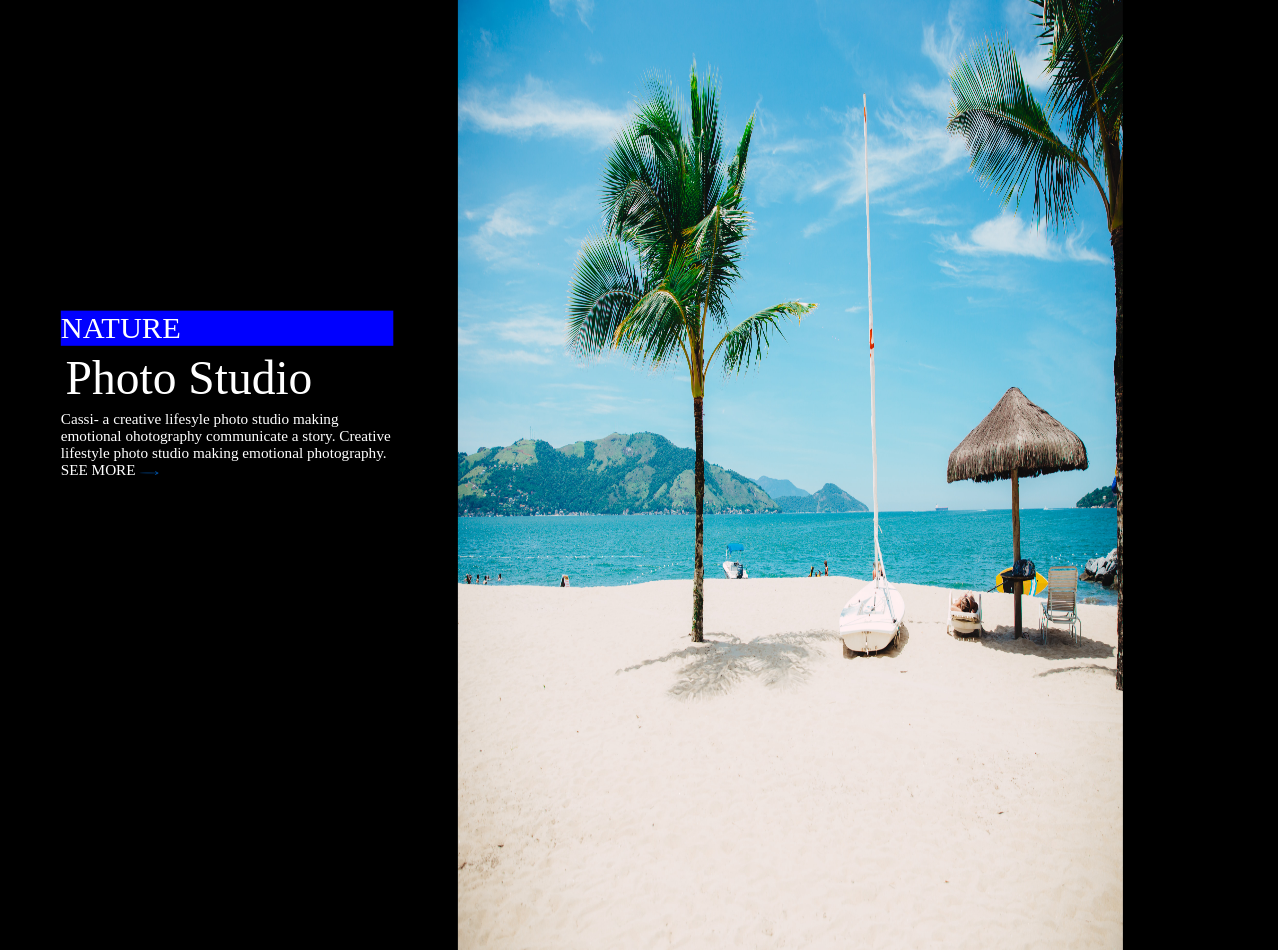
Repository: BRAspeaks/petty-project1
Page: petty project 1.html
These files come from the project's save history. The page is drawn as it stood at one moment and after the next save; the edit follows.
The browser window is 1280 px wide. The page is 1280 px wide, then 1345 px, then 1280 px, so the pictures cover 1345 px, including what lies to the right of the window. The pictures show the whole page, at 95% of full size.

Above is the page before, as saved 2022-07-25 15:10:09.

After the next save:
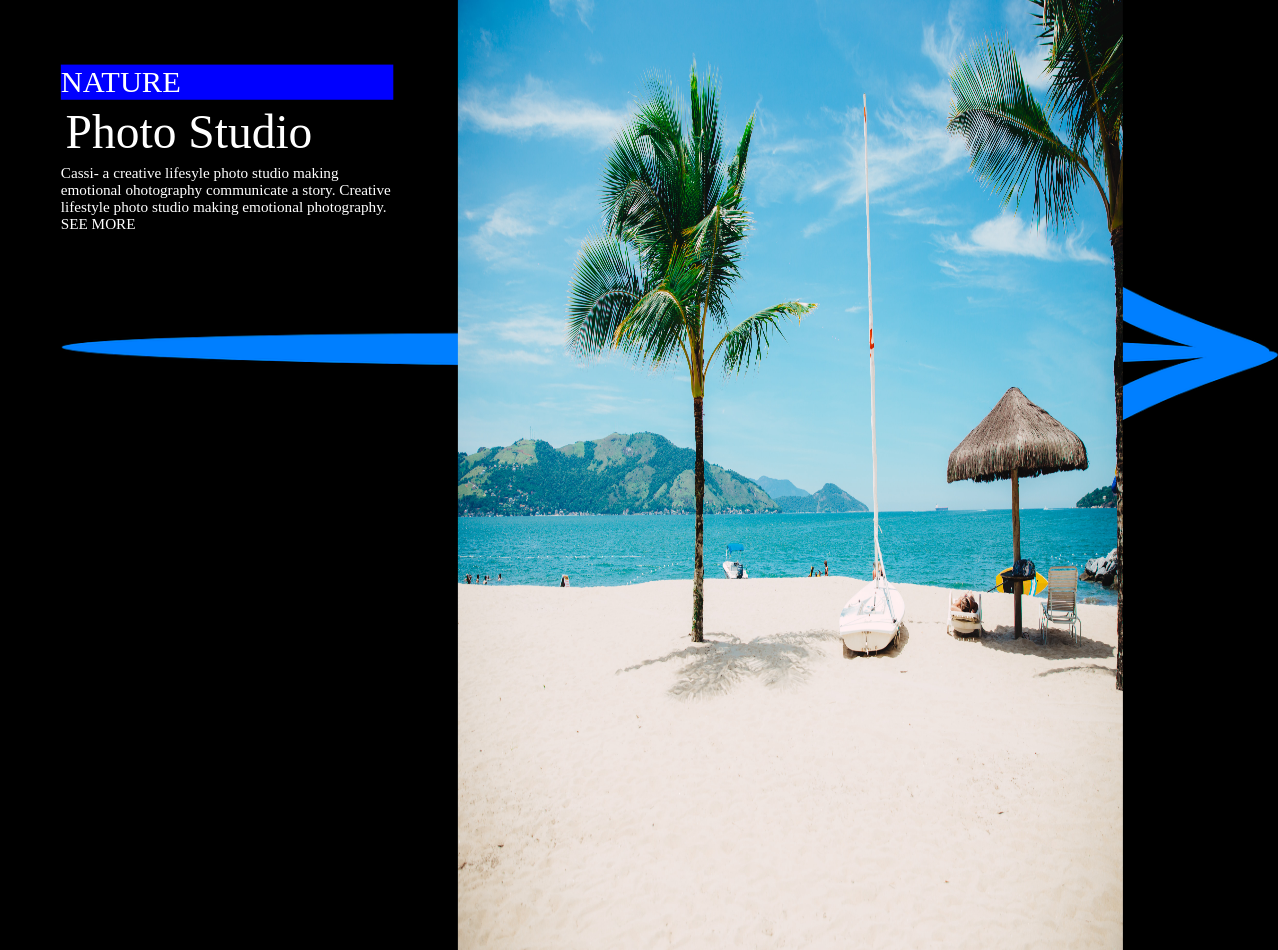
Saved 35 s later.
--- a/pettyproject1.css
+++ b/pettyproject1.css
@@ -25,7 +25,7 @@
     margin: 5px;
 }
 .arrow{
-    width:20px;
+    /* width:20px; */
 }
 .more, .arrow {
     display: inline-block

After the save that followed:
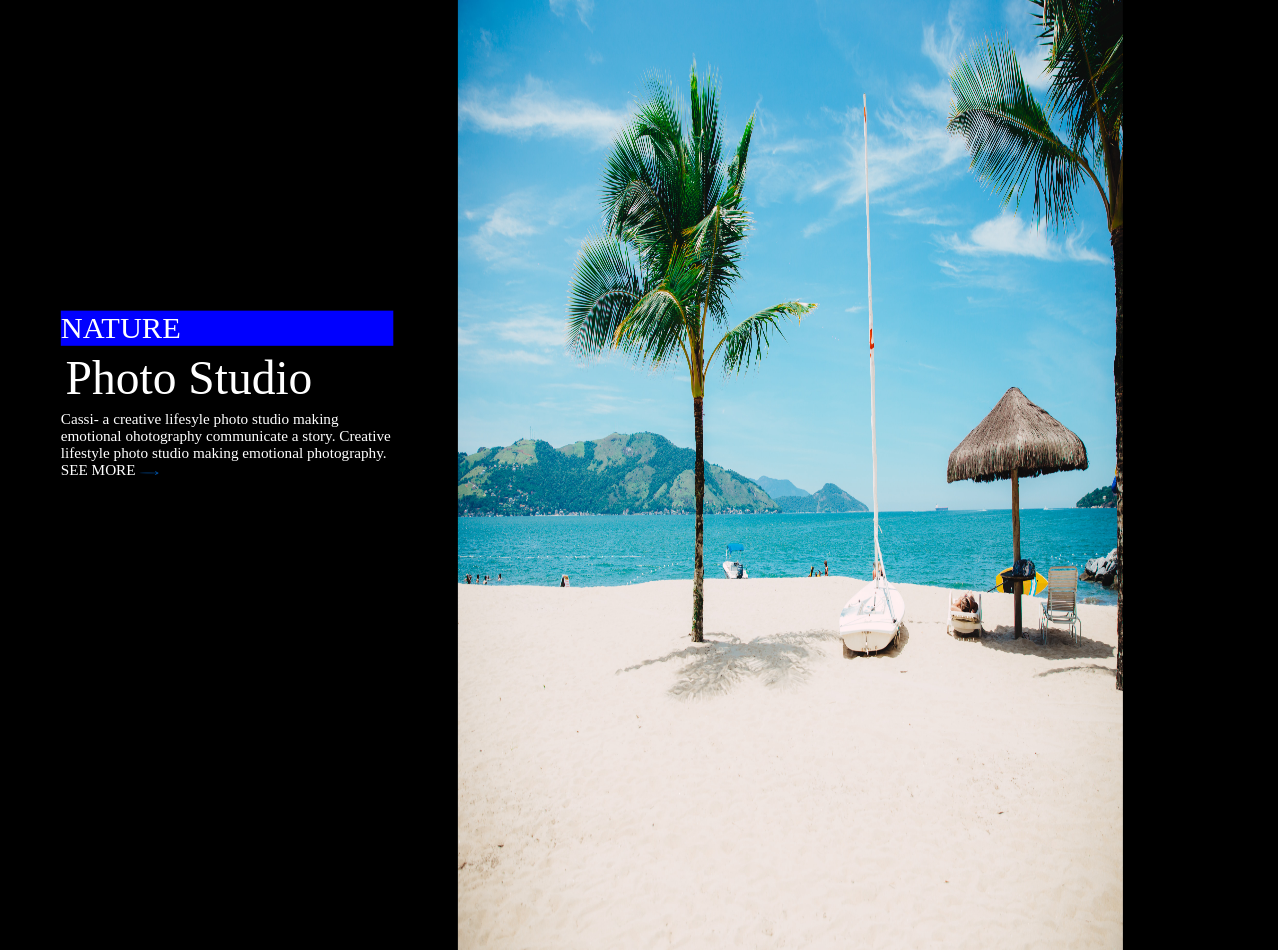
Saved 17 s later.
--- a/pettyproject1.css
+++ b/pettyproject1.css
@@ -25,7 +25,7 @@
     margin: 5px;
 }
 .arrow{
-    /* width:20px; */
+    width:20px;
 }
 .more, .arrow {
     display: inline-block
